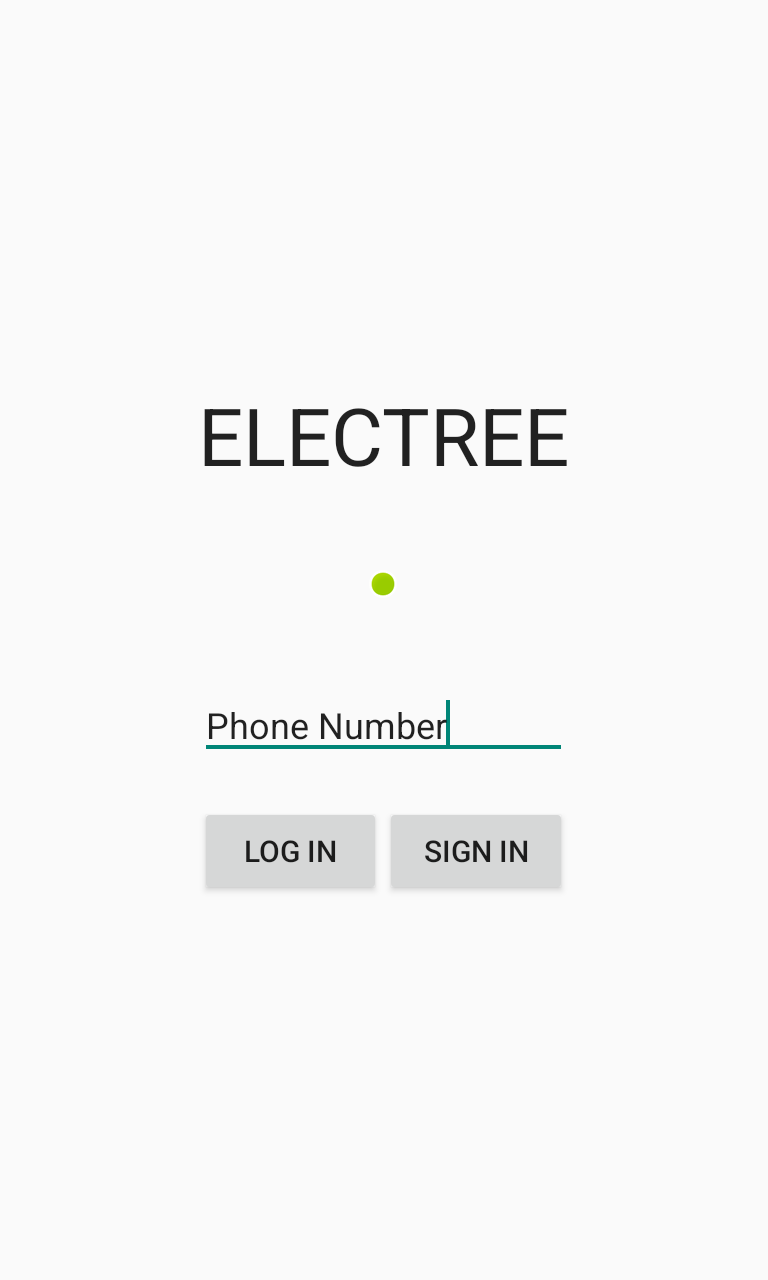
Repository: Hohohohoho/Electree
Layout: Copy of Electree/res/layout/activity_start.xml
These files come from the project's save history. The layout is drawn as it stood at one moment and after the next save; the edit follows.
It is drawn on a 768 x 1280 px phone screen (xhdpi) without system bars, with theme AppTheme; the app's code is not run.

Above is the layout before, as saved 2014-11-30 07:14:20.

After the next save:
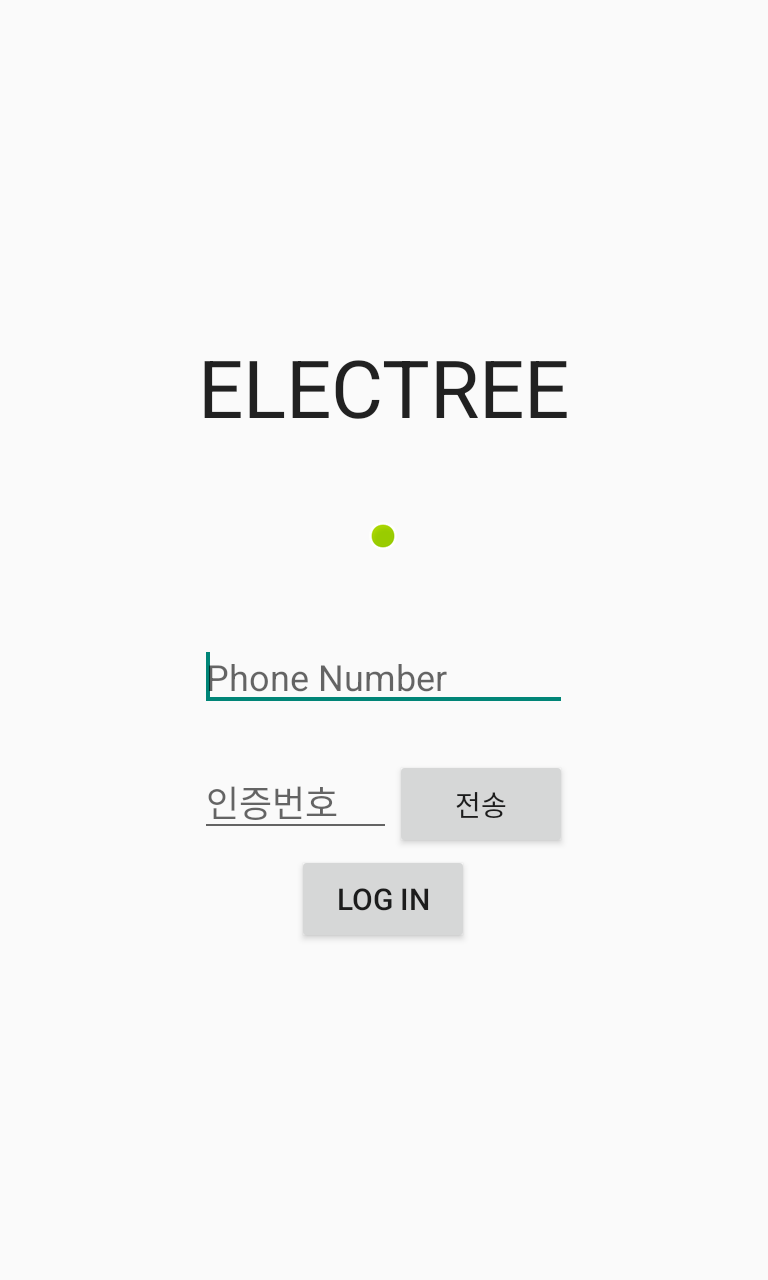
Saved 117 s later.
--- a/Copy of Electree/res/layout/activity_start.xml
+++ b/Copy of Electree/res/layout/activity_start.xml
@@ -8,6 +8,7 @@
     <LinearLayout
         android:layout_width="wrap_content"
         android:layout_height="wrap_content"
+        android:gravity="center_horizontal"
         android:orientation="vertical" >
 
         <TextView
@@ -34,7 +35,7 @@
             android:layout_height="wrap_content"
             android:layout_marginBottom="10dp"
             android:layout_marginTop="20dp"
-            android:text="Phone Number" >
+            android:hint="Phone Number" >
 
             <requestFocus />
         </EditText>
@@ -44,23 +45,28 @@
             android:layout_height="wrap_content"
             android:layout_marginTop="10dp" >
 
-            <Button
-                android:id="@+id/loginBtn"
+            <EditText
+                android:id="@+id/serialNum"
                 android:layout_width="wrap_content"
                 android:layout_height="wrap_content"
                 android:layout_weight="1"
-                android:text="LOG IN"
-                android:textSize="15sp" />
+                android:hint="인증번호" />
 
             <Button
-                android:id="@+id/signinMainBtn"
+                android:id="@+id/sendBtn"
                 android:layout_width="wrap_content"
                 android:layout_height="wrap_content"
-                android:layout_weight="1"
-                android:text="SIGN IN"
-                android:textSize="15sp" />
+                android:text="전송" />
 
         </LinearLayout>
+
+        <Button
+            android:id="@+id/loginBtn"
+            android:layout_width="wrap_content"
+            android:layout_height="wrap_content"
+            android:layout_weight="1"
+            android:text="LOG IN"
+            android:textSize="15sp" />
 
     </LinearLayout>
 
